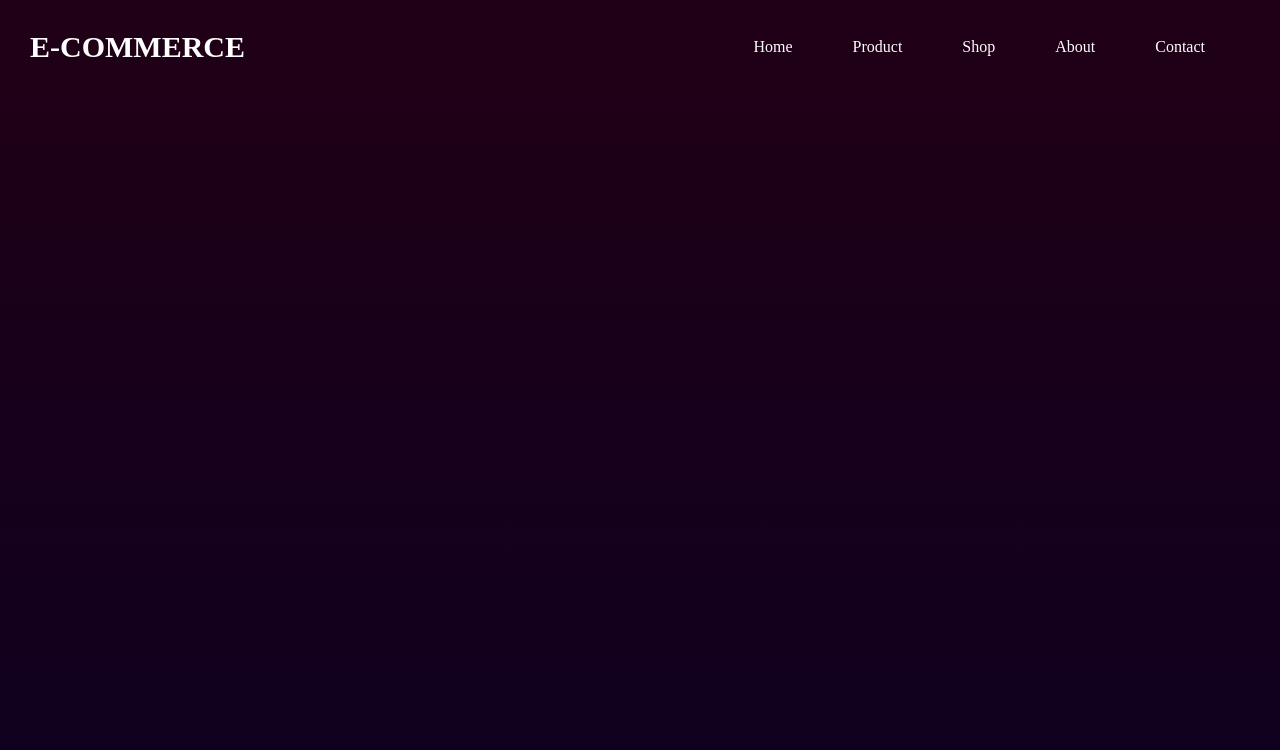
Repository: SD-Mdouka/site-n-b
Page: /
An editor plug-in stored every save of this project. The page is shown before and after the next save, followed by the edit.
The browser window is 1280 px wide. The pictures show the whole page.
The project was rebuilt for these pictures with package versions that can differ from the ones it lists, and the page was loaded fresh each time.

Above is the page before, as saved 2022-09-22 12:05:40.

### src/index.css
* {
    margin: 0;
    padding: 0;
}

body {
    background: linear-gradient(#200016, #10001f);
    height: 100vh;
}

### src/App.js
import React from "react";
import "./App.css";

function App() {
  return (
    <div className="">
      <header>
        <h2>
          <a href="#" className="logo">
            E-commerce
          </a>
        </h2>
        <ul>
          <li>
            <a href="#" className="active">
              Home
            </a>
          </li>
          <li>
            <a href="#">Product</a>
          </li>
          <li>
            <a href="#">Shop</a>
          </li>
          <li>
            <a href="#">About</a>
          </li>
          <li>
            <a href="#">Contact</a>
          </li>
        </ul>
      </header>
    </div>
  );
}

export default App;

### src/App.css
a {
    text-decoration: none;
    color: #fff;
}

header {
    display: flex;
    justify-content: space-between;
    align-items: center;
    margin: 30px;
}

header .logo {
    text-transform: uppercase;
    font-size: 30px;
}

header ul {
    display: flex;
    justify-content: center;
    align-items: center;
    list-style: none;
}

header ul li {
    margin-right: 30px;
}

header ul li a {
    padding: 6px 15px;
    border-radius: 20px;
    -webkit-border-radius: 20px;
    -moz-border-radius: 20px;
    -ms-border-radius: 20px;
    -o-border-radius: 20px;
}

header ul li a:hover {
    background-color: #fff;
    color: #333;
}

Loaded but not shown: public/index.html (common file); src/index.js (common file); src/reportWebVitals.js (common file)

After the next save:
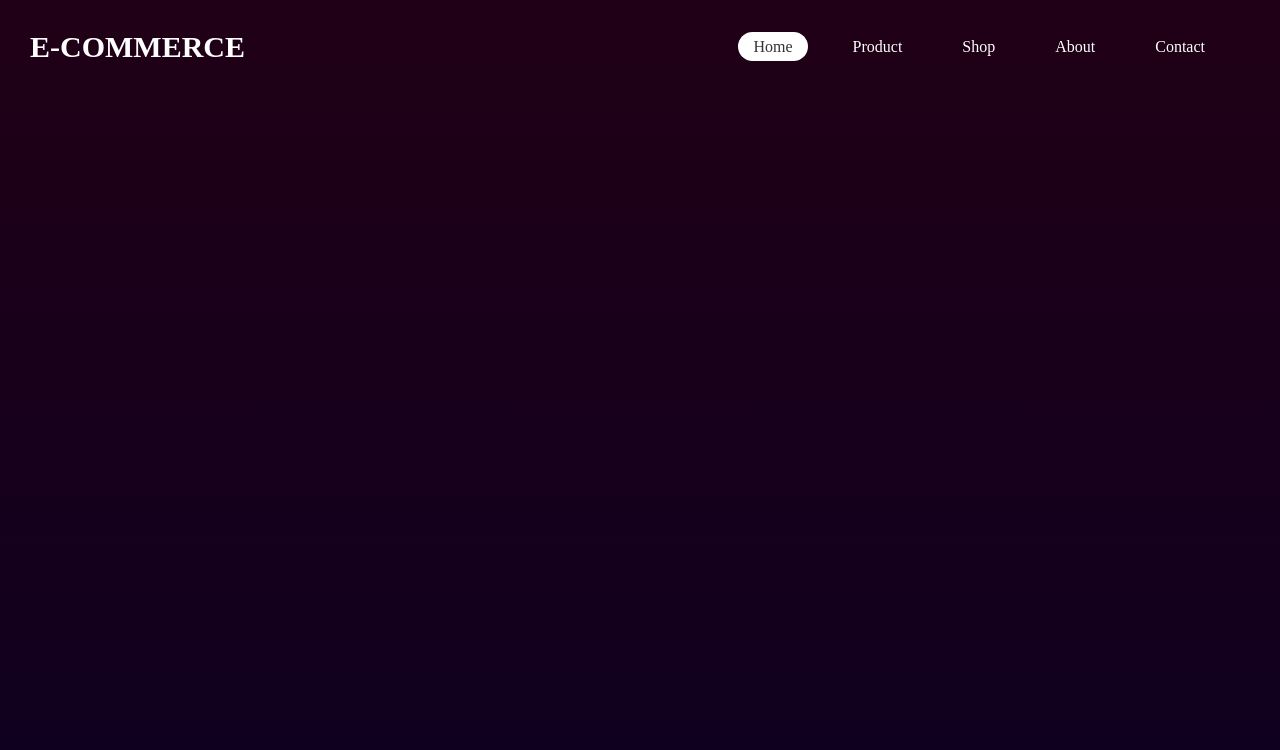
Saved 9 min 25 s later.
--- a/src/App.css
+++ b/src/App.css
@@ -35,7 +35,8 @@ header ul li a {
     -o-border-radius: 20px;
 }
 
-header ul li a:hover {
+header ul li a:hover,
+.active {
     background-color: #fff;
     color: #333;
 }
